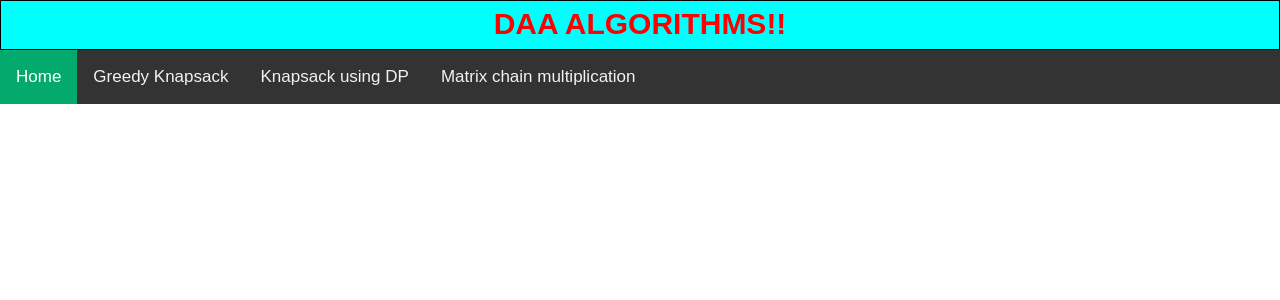
Repository: vinaybabu3962/ALGORITHMIC-TOOLBOX
Page: DAA_WT/webapp/index.html
An editor plug-in stored every save of this project. The page is shown before and after the next save, followed by the edit.
The browser window is 1280 px wide. The pictures show the whole page.

Above is the page before, as saved 2021-07-04 07:09:00.

After the next save:
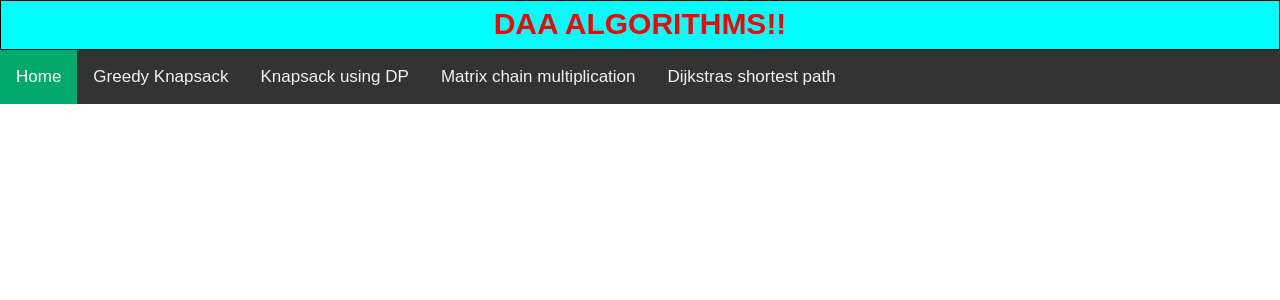
Saved 2 h 38 min later.
--- a/DAA_WT/webapp/index.html
+++ b/DAA_WT/webapp/index.html
@@ -47,6 +47,7 @@ body {
   <a href="GreedyKnapsack.html">Greedy Knapsack</a>
   <a href="KnapSackDP.html">Knapsack using DP</a>
   <a href="MatrixChainMultiplication.html">Matrix chain multiplication</a>
+  <a href="Dijkstras.html">Dijkstras shortest path</a>
 </div>
 </body>
 </html>
